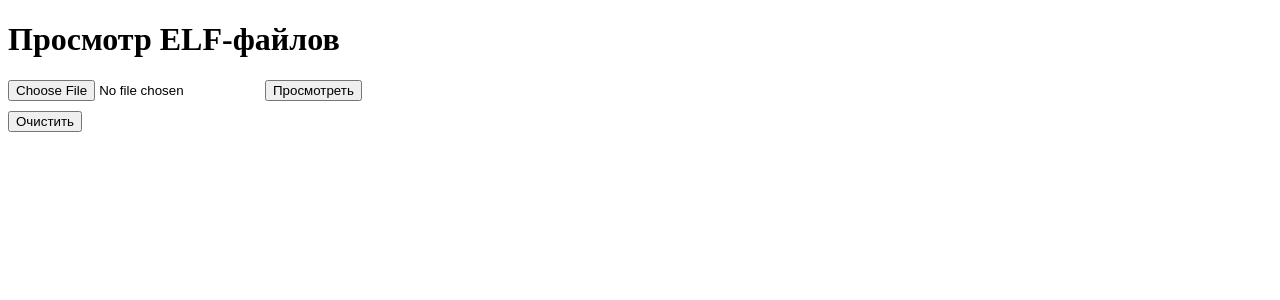
Repository: Predkor/OC
Page: index.html
These files come from the project's save history. The page is drawn as it stood at one moment and after the next save; the edit follows.
The browser window is 1280 px wide. The pictures show the whole page.

Above is the page before, as saved 2024-09-23 16:44:15.

### index.html
<!DOCTYPE html>
<html lang="en">
<head>
    <meta charset="UTF-8">
    <meta name="viewport" content="width=device-width, initial-scale=1.0">
    <title>Document</title>
</head>
<body>
    <h1>Просмотр ELF-файлов</h1>

    <div class="control-panel">
        <form action="/upload">
            <input type="file" name="input_file" id="inputFile">

            <input type="submit" value="Просмотреть">
        </form>

        <button id="btn-clear">Очистить</button>
    </div>

    <style>
        #btn-clear {
            margin-top: 10px;
        }
    </style>

    <script>

    </script>

</body>
</html>

After the next save:
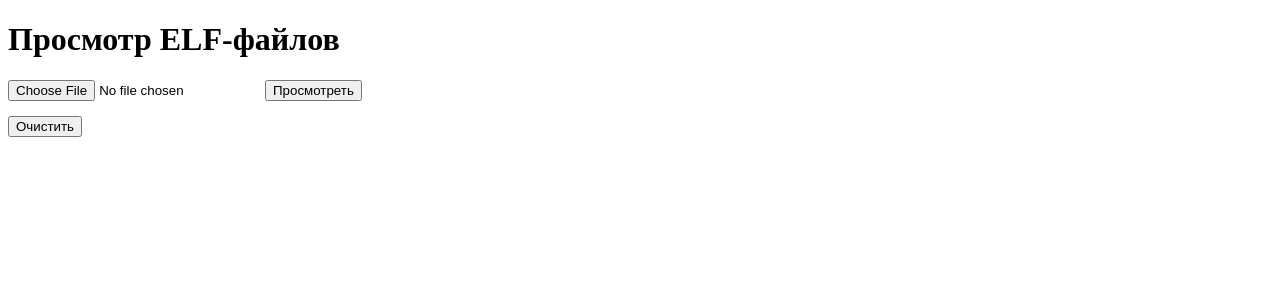
Saved 4 s later.
--- a/index.html
+++ b/index.html
@@ -20,7 +20,7 @@
 
     <style>
         #btn-clear {
-            margin-top: 10px;
+            margin-top: 15px;
         }
     </style>
 
